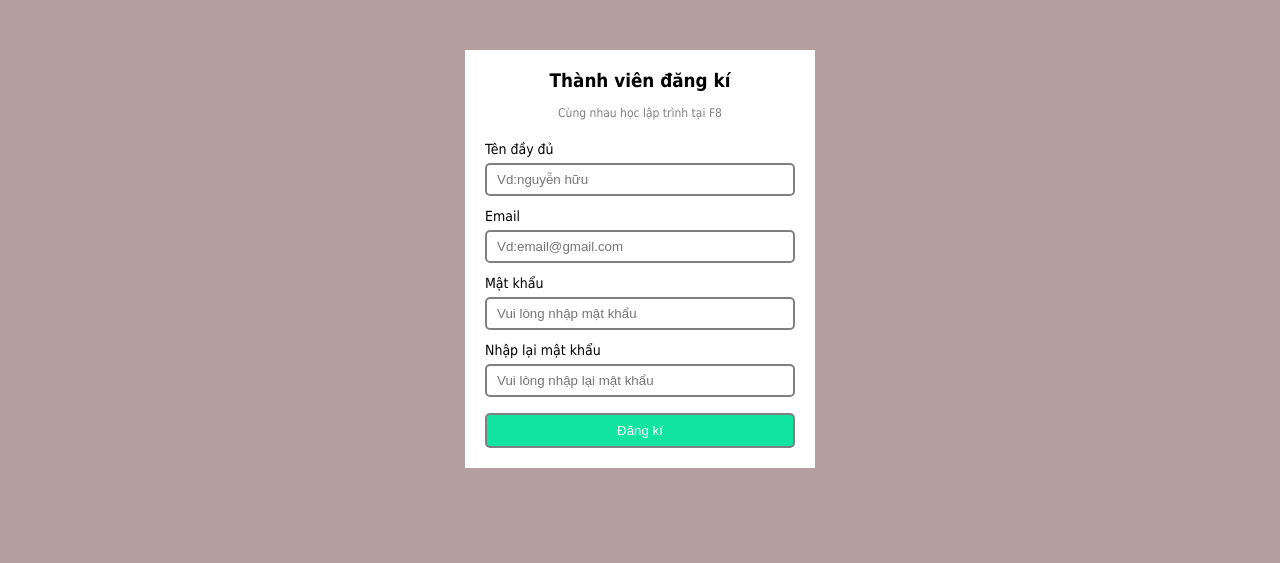
Repository: HuunvDev/Validator
Page: index.html
These files come from the project's save history. The page is drawn as it stood at one moment and after the next save; the edit follows.
The browser window is 1280 px wide. The pictures show the whole page.
Some web libraries are served in a nearby version.

Above is the page before, as saved 2022-08-20 16:20:36.

After the next save:
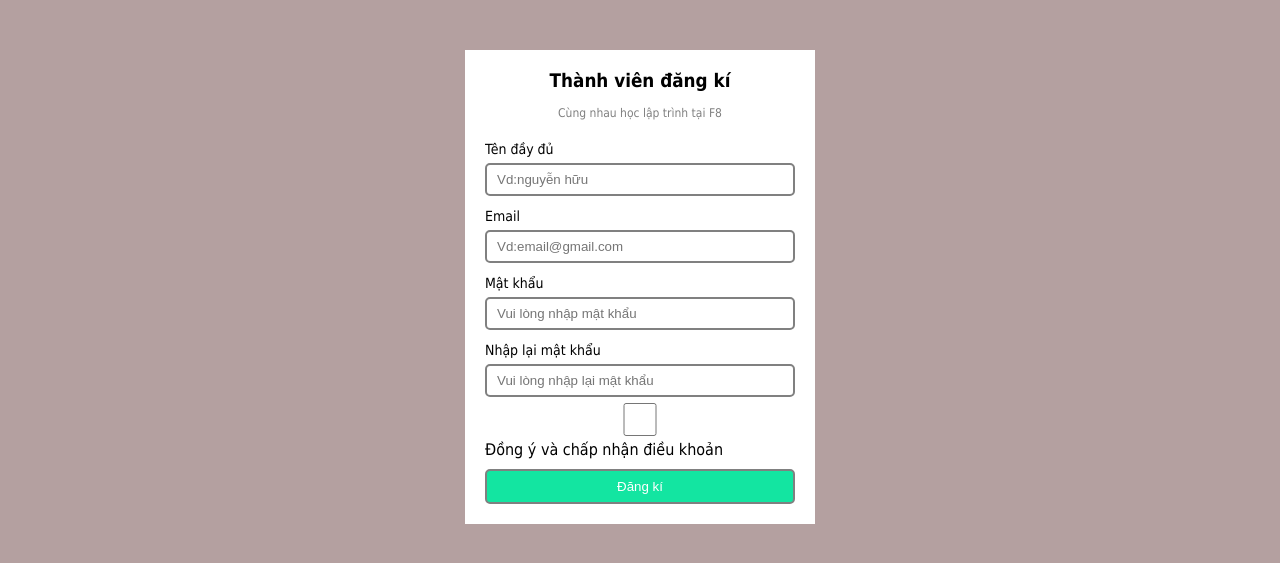
Saved 31 s later.
--- a/index.html
+++ b/index.html
@@ -36,9 +36,9 @@
                 <input type="password" id="password_confirmation" name="password_confirmation" placeholder="Vui lòng nhập lại mật khẩu"><br>
                 <span class="form-message"></span>
             </div>
-                <!-- <input type="checkbox" name ="condition" id ="condition">
+                <input type="checkbox" name ="condition" id ="condition">
                 <span class="agree">Đồng ý và chấp nhận điều khoản</span>
-            -->
+
            <button class="form-submit" type="submit">Đăng kí</button>
         </form>
     </div>
